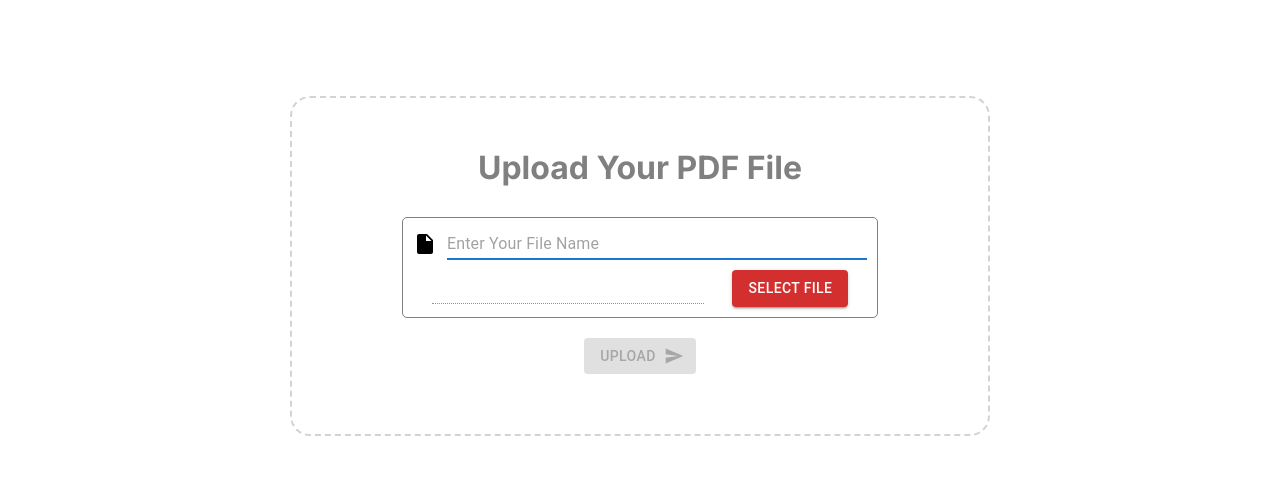
Repository: BhushanPatil-121/pdf-upload-nextjs
Page: /
These files come from the project's save history. The page is drawn as it stood at one moment and after a run of saves; the edit follows.
The browser window is 1280 px wide. The pictures show the whole page.
The project was rebuilt for these pictures with package versions that can differ from the ones it lists, and the page was loaded fresh each time. The framework's server and built-in components were replaced by stand-ins that run in the browser. Also part of the build but not shown: next.config.mjs.

Above is the page before, as saved 2024-02-29 11:16:17.

### src/app/page.tsx
"use client"
import styles from "./page.module.css";
import { styled } from '@mui/material/styles';
import Button from '@mui/material/Button';
import CloudUploadIcon from '@mui/icons-material/CloudUpload';
import { useState } from 'react';
import { Alert, Box, Stack, TextField } from "@mui/material";
import InsertDriveFileIcon from '@mui/icons-material/InsertDriveFile';
import SendIcon from '@mui/icons-material/Send';
import LoadingButton from '@mui/lab/LoadingButton';
import { CloudDownload } from "@mui/icons-material";

const VisuallyHiddenInput = styled('input')({
  clip: 'rect(0 0 0 0)',
  clipPath: 'inset(50%)',
  height: 1,
  overflow: 'hidden',
  position: 'absolute',
  bottom: 0,
  left: 0,
  whiteSpace: 'nowrap',
  width: 1,
});

export default function Home() {
  const [loading, setLoading] = useState(false);
  const [uploading, setUploding] = useState(false);
  const [fileName, setFileName] = useState<string>("")
  const [defaultFileName, setDefaultFileName] = useState<string>("")
  const [file, setFile] = useState<string>("")
  function handleClick(e: any) {
    setLoading(true);
    setTimeout(() => setLoading(false), 3000);
    setTimeout(() => {
      setUploding(true)
      setFileName("")
      setFile("")
    }, 3000);
    setTimeout(() => setUploding(false), 6000);
    e.preventDefault();
    let formData = new FormData();
    formData.append('filename', fileName);
    formData.append('file', file);
    console.log(fileName, file);
  }
  return (
    <main className={styles.main}>
      <div className={styles.mainContainer}>
        <h1 className={styles.mainHeading}>Upload Your PDF File</h1>
        <form className={styles.mainForm}>
          <div className={styles.mainFormContainer}>
            <div className={styles.mainFormSubContainer1}>
              <InsertDriveFileIcon />
              <Box sx={{width:'100%'}}>
              <TextField
                id="standard-basic"
                fullWidth
                placeholder="Enter Your File Name"
                value={fileName}
                autoFocus
                onChange={(e) => { setFileName(e.target.value) }}
                variant="standard" />
              </Box>
            </div>
            <div className={styles.mainFormSubContainer2}>
              <Box sx={{width:'60%'}}>
              <TextField
                id="standard-multiline-static"
                multiline
                fullWidth
                rows={1}
                disabled
                variant="standard"
                value={defaultFileName}
              />
              </Box>
              <Button
                component="label"
                role={undefined}
                variant="contained"
                tabIndex={-1}
                color={file ? "success" : "error"}
                onChange={(e: any) => {
                  setFile(e.target.files[0]);
                  setDefaultFileName(e.target.files[0].name);
                }}>Select file
                <VisuallyHiddenInput type="file" accept="application/pdf" />
              </Button>
            </div>
          </div>
          <LoadingButton
            onClick={handleClick}
            endIcon={<SendIcon />}
            loading={loading}
            disabled={fileName.length < 1}
            loadingPosition="end"
            variant="contained">
            {
              loading ? "Uploading..." : "Upload"
            }
          </LoadingButton>
        </form>
      </div>
      {
        uploading &&
        <Stack sx={{ width: '50%' }} spacing={2}>
          <Alert variant="filled" severity="success">
            File Upload Successfully
          </Alert>
        </Stack>
      }
    </main>
  );
}

### src/app/globals.css


* {
  box-sizing: border-box;
  padding: 0;
  margin: 0;
}

html,
body {
  max-width: 100vw;
  overflow-x: hidden;
}


a {
  color: inherit;
  text-decoration: none;
}

### src/app/page.module.css
.main {
  display: flex;
  flex-direction: column;
  justify-content: start;
  gap: 20px;
  align-items: center;
  padding: 6rem 0;
  min-height: 100vh;
}

.mainContainer {
  width: 700px;
  display: flex;
  flex-direction: column;
  justify-content: center;
  align-items: center;
  padding: 50px 100px;
  border-radius: 20px;
  border: dashed 2px lightgrey;
}

.mainHeading {
  color: grey;
}

.mainForm {
  display: flex;
  flex-direction: column;
  align-items: center;
  justify-content: center;
  width: 100%;
  padding: 10px;
  border-radius: 10px;
}

.mainFormContainer {
  display: flex;
  flex-direction: column;
  align-items: center;
  justify-content: center;
  width: 100%;
  height: 100%;
  border: 1px solid grey;
  border-radius: 5px;
  padding: 10px;
  gap: 10px;
  margin: 20px;
}

.mainFormSubContainer1 {
  display: flex;
  flex-direction: row;
  align-items: center;
  justify-content: center;
  gap: 10px;
  width: 100%;
}

.mainFormSubContainer2 {
  display: flex;
  flex-direction: row;
  align-items: center;
  justify-content: space-evenly;
  gap: 10px;
  width: 100%;

}

Loaded but not shown: src/app/layout.tsx (common file)

After the next 2 saves:
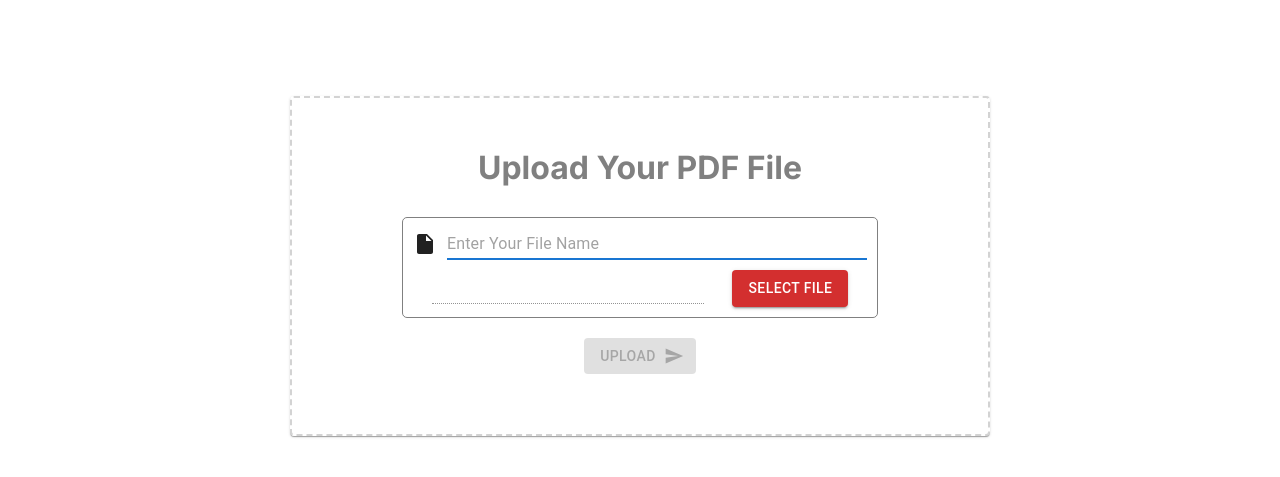
The 2 saves are shown as one change because they came seconds apart.
The last was saved 2 min 36 s later.
--- a/src/app/page.tsx
+++ b/src/app/page.tsx
@@ -4,7 +4,7 @@ import { styled } from '@mui/material/styles';
 import Button from '@mui/material/Button';
 import CloudUploadIcon from '@mui/icons-material/CloudUpload';
 import { useState } from 'react';
-import { Alert, Box, Stack, TextField } from "@mui/material";
+import { Alert, Box, Card, Stack, TextField } from "@mui/material";
 import InsertDriveFileIcon from '@mui/icons-material/InsertDriveFile';
 import SendIcon from '@mui/icons-material/Send';
 import LoadingButton from '@mui/lab/LoadingButton';
@@ -45,7 +45,7 @@ export default function Home() {
   }
   return (
     <main className={styles.main}>
-      <div className={styles.mainContainer}>
+      <Card className={styles.mainContainer}>
         <h1 className={styles.mainHeading}>Upload Your PDF File</h1>
         <form className={styles.mainForm}>
           <div className={styles.mainFormContainer}>
@@ -100,7 +100,7 @@ export default function Home() {
             }
           </LoadingButton>
         </form>
-      </div>
+      </Card>
       {
         uploading &&
         <Stack sx={{ width: '50%' }} spacing={2}>
